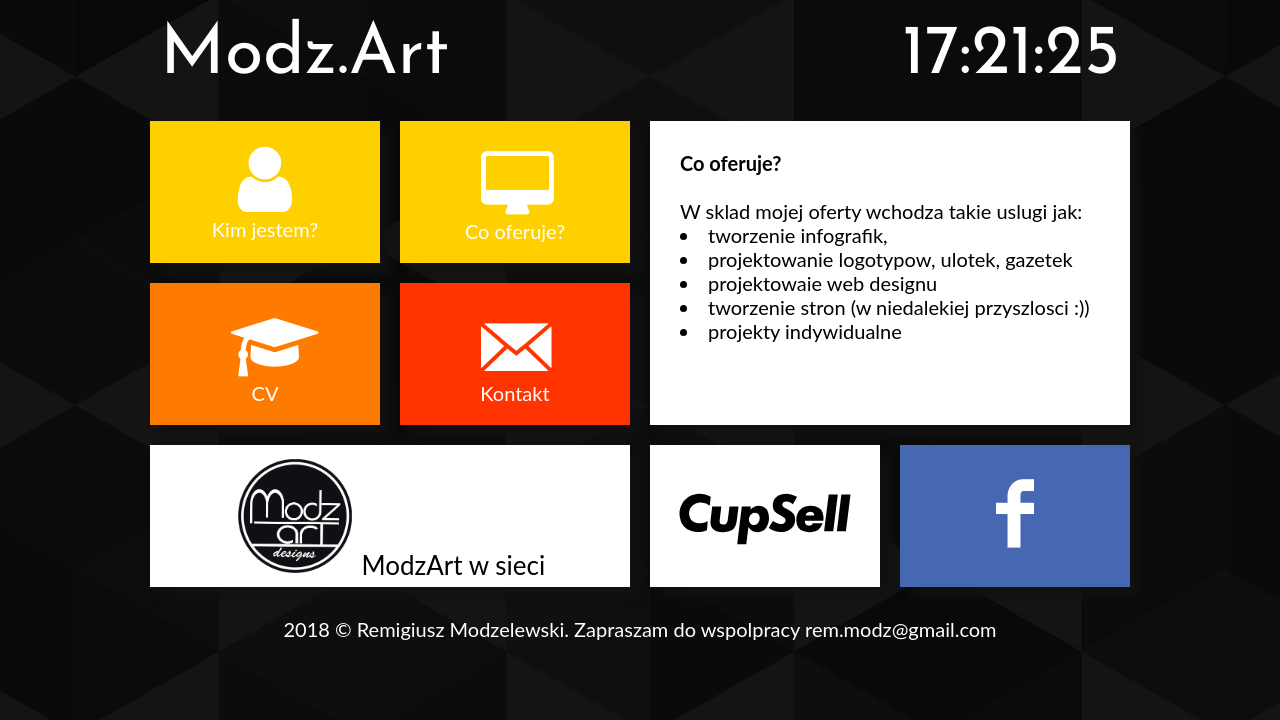
Repository: RemModz/Portfolio
Page: cooferuje.html
An editor plug-in stored every save of this project. The page is shown before and after the next save, followed by the edit.
The browser window is 1280 px wide. The pictures show the whole page.

Above is the page before, as saved 2018-11-14 15:14:27.

### cooferuje.html
<!DOCTYPE html>
<html lang="en">
<head>
    <meta charset="UTF-8">
    <meta name="viewport" content="width=device-width, initial-scale=1.0">
    <meta http-equiv="X-UA-Compatible" content="ie=edge">
    <title>ModzArt - Portfolio</title>
    <meta name='description' content="Portfolio z tworczoscia Remka Modzelewskiego"/>
    <meta name='keywords' content="webdesign, webgraphics, drawing and vector art"/>

    <link rel="stylesheet" href="style.css" type="text/css"/>
    <link rel="stylesheet" href="/fontello/css/fontello.css" type="text/css"/>
    <link href="https://fonts.googleapis.com/css?family=Josefin+Sans&amp;subset=latin-ext" rel="stylesheet">
    <script src="timer.js"></script>
</head>
<body onload="odliczanie();"></body>
    <div id="container">

        <div class="rectangle">
                <div id="logo">

                    <a href="index.html" class="tilelinkhtml5">Modz.Art</a></div>
            <div id="zegar"></div>
            <div style="clear:both;"></div>
        </div>

        <div class="square">
            <div class="tile1">
                <a href="kimjestem.html" class="tilelink"> <i class="icon-user"></i><br/>Kim jestem? </a>
            </div>
            <div class="tile1">
                <a href="cooferuje.html" class="tilelink"> <i class="icon-desktop"></i><br/>Co oferuje? </a>
                       </div>
            <div style="clear:both;"></div>

            <div class="tile2">
                    <a href="cv.html" class="tilelink"> <i class="icon-graduation-cap"></i><br />CV </a>
                </div>
            <div class="tile3">
                    <a href="kontakt.html" class="tilelink"> <i class="icon-email"></i><br />Kontakt </a>
            </div>
            <div style="clear:both;"></div>

            <div class="tile4"><img src="modzartlogo.svg" alt="ModzArt Logo"> ModzArt w sieci</div>
            <div style="clear:both;"></div>
        </div>

        <div class="square">
            <div class="tile5"> <b>Co oferuje?</b> <br /> <br /> W sklad mojej oferty wchodza takie uslugi jak: <br />
                <li> tworzenie infografik,
                 <li> projektowanie logotypow, ulotek, gazetek
                 <li> projektowaie web designu
                 <li> tworzenie stron (w niedalekiej przyszlosci :))
                <li> projekty indywidualne
                </div>

            <div class="cupsell">
                    <a href="http://www.modzart.cupsell.pl" target="_blank" class="sociallink"><img src="cupsell.svg" alt="CupSell"></a></div>

                    <div class="fb">
                    <a href="http://www.facebook.com/R.ModzArt" target="_blank" class="sociallink"> <i class="icon-facebook"></i></a></div>
            <div style="clear:both;"></div>



        </div>

        <div style="clear:both;"></div>

        <div class="rectangle"> 2018 &copy;  Remigiusz Modzelewski. Zapraszam do wspolpracy rem.modz@gmail.com </div>
    </div>
</body>
</html>

### style.css
body {
    background-color: #303030;
    color: #ffffff;
    font-family: 'Lato', sans-serif;
    font-size: 20px;
    background-image: url(background.jpg);
}

#container {
    width: 1000px;
    margin-left: auto;
    margin-right: auto;
}

.rectangle {
    width: 960PX;
    margin: 20pX;
    text-align: center;
}


.square {
    width: 50%;
    float: left;
    color: black;
    text-align: center
}

#logo {
    float: left;
    font-family: 'Josefin Sans', sans-serif;
    font-size: 70px;
    width: 600;
    text-align: left;
}



#zegar {
    float: right;
    font-family: 'Josefin Sans', sans-serif;
    font-size: 70px;
    text-align: center;
}
.tile1 {
    margin: 10px;
    width: 230px;
    height: 142px;
    background-color: #ffd000;
    float: left;
    text-align: center;
    box-shadow: #111111 10px 10px 10px;
}

.tile1:hover {
background-color: #eec200b6;
}

.tile2 {
    margin: 10px;
    width: 230px;
    height: 142px;
    background-color:  #ff7b00;
    float: left;
    text-align: center;
    box-shadow: #111111 10px 10px 10px;
}

.tile2:hover {
    background-color: #f17501a4;
    }

.tile3 {
    margin: 10px;
    width: 230px;
    height: 142px;
    background-color: #ff3401;
    float: left;
    text-align: center;
    box-shadow: #111111 10px 10px 10px;
}
.tile3:hover {
    background-color:  #e72e009c;
    }

.tile4 {
    margin: 10px;
    width: 460px;
    height: 122px;
    padding: 10px;
    background-color: #ffffff;
    text-align: center;
    font-size: 26px;
    font: black;
    text-align: center;
    float: left;
    box-shadow: #111111 10px 10px 10px;

}

.tile4:hover {
    background-color: #ffffff;
    }

.tile5 {
    margin: 10px;
    width: 420px;
    height: 244px;
    background-color: #ffffff;
    text-align: justify;
    padding: 30px;
    box-shadow: #111111 10px 10px 10px;
}


.fb {
    margin: 10px;
    width: 230px;
    height: 142px;
    background-color: #4668b3;
    float: left;
    box-shadow: #111111 10px 10px 10px;
    text-align: center;

}
.fb:hover {
    background-color: #3557a2a6;
    }

.cupsell {
    margin: 10px;
    width: 230px;
    height: 102px;
    padding-top: 40px;
    background-color: #ffffff;
    float: left;
    box-shadow: #111111 10px 10px 10px;
    text-align: center;

    }

.cupsell:hover {
    background-color: #eeeeee88;
        }

.tilelink {

    color: #ffffff;
    text-decoration: none;
    display: block;
    width: 230px;
    height: 142px;

}

.tilelinkhtml5 {

    color: #ffffff;
    text-decoration: none;
    display: block;

}

.sociallink {

    color: #ffffff;
    text-decoration: none;
    display: block;
    width: 230px;
    height: 142px;
    margin-top: 20;

}

### fontello/css/fontello.css
@font-face {
  font-family: 'fontello';
  src: url('../font/fontello.eot?17037671');
  src: url('../font/fontello.eot?17037671#iefix') format('embedded-opentype'),
       url('../font/fontello.woff2?17037671') format('woff2'),
       url('../font/fontello.woff?17037671') format('woff'),
       url('../font/fontello.ttf?17037671') format('truetype'),
       url('../font/fontello.svg?17037671#fontello') format('svg');
  font-weight: normal;
  font-style: normal;
}
/* Chrome hack: SVG is rendered more smooth in Windozze. 100% magic, uncomment if you need it. */
/* Note, that will break hinting! In other OS-es font will be not as sharp as it could be */
/*
@media screen and (-webkit-min-device-pixel-ratio:0) {
  @font-face {
    font-family: 'fontello';
    src: url('../font/fontello.svg?17037671#fontello') format('svg');
  }
}
*/

 [class^="icon-"]:before, [class*=" icon-"]:before {
  font-family: "fontello";
  font-style: normal;
  font-weight: normal;
  speak: none;

  display: inline-block;
  text-decoration: inherit;
  width: 1em;
  margin-right: .2em;
  text-align: center;
  /* opacity: .8; */

  /* For safety - reset parent styles, that can break glyph codes*/
  font-variant: normal;
  text-transform: none;

  /* fix buttons height, for twitter bootstrap */
  line-height: 1em;

  /* Animation center compensation - margins should be symmetric */
  /* remove if not needed */
  margin-left: .2em;

  /* you can be more comfortable with increased icons size */
  /* font-size: 120%; */

  /* Font smoothing. That was taken from TWBS */
  -webkit-font-smoothing: antialiased;
  -moz-osx-font-smoothing: grayscale;

  /* Uncomment for 3D effect */
  /* text-shadow: 1px 1px 1px rgba(127, 127, 127, 0.3); */
}

.icon-user:before { content: '\e800'; font-size: 76px; margin-top: 20px;} /* '' */
.icon-email:before { content: '\e801'; font-size: 68px; margin-top: 30px; } /* '' */
.icon-gmail:before { content: '\e802'; font-size: 68px; margin-top: 30px; } /* '' */
.icon-twitter:before { content: '\f099'; font-size: 76px; margin-top: 30px; } /* '' */
.icon-gplus:before { content: '\f0d5'; font-size: 68px; margin-top: 30px;} /* '' */
.icon-desktop:before { content: '\f108'; font-size: 68px; margin-top: 30px;} /* '' */
.icon-youtube:before { content: '\f167'; font-size: 76px; margin-top: 30px;} /* '' */
.icon-graduation-cap:before { content: '\f19d'; font-size: 68px; margin-top: 30px;} /* '' */
.icon-facebook:before { content: '\f30c'; font-size: 76px; margin-top: 30px;} /* '' */

### timer.js
function odliczanie()
	{
		var dzisiaj = new Date();


		var godzina = dzisiaj.getHours();
		if (godzina<10) godzina = "0"+godzina;

		var minuta = dzisiaj.getMinutes();
		if (minuta<10) minuta = "0"+minuta;

		var sekunda = dzisiaj.getSeconds();
		if (sekunda<10) sekunda = "0"+sekunda;

		document.getElementById("zegar").innerHTML = +godzina+":"+minuta+":"+sekunda;

		 setTimeout("odliczanie()",1000);
	}

### modzartlogo.svg
<?xml version="1.0" encoding="UTF-8" standalone="no"?>
<!-- Created with Inkscape (http://www.inkscape.org/) -->

<svg
   xmlns:dc="http://purl.org/dc/elements/1.1/"
   xmlns:cc="http://creativecommons.org/ns#"
   xmlns:rdf="http://www.w3.org/1999/02/22-rdf-syntax-ns#"
   xmlns:svg="http://www.w3.org/2000/svg"
   xmlns="http://www.w3.org/2000/svg"
   xmlns:xlink="http://www.w3.org/1999/xlink"
   xmlns:sodipodi="http://sodipodi.sourceforge.net/DTD/sodipodi-0.dtd"
   xmlns:inkscape="http://www.inkscape.org/namespaces/inkscape"
   width="120"
   height="120"
   viewBox="0 0 79.639582 79.639586"
   version="1.1"
   id="svg3759"
   inkscape:version="0.92.3 (2405546, 2018-03-11)"
   sodipodi:docname="modzartlogo.svg">
  <defs
     id="defs3753" />
  <sodipodi:namedview
     id="base"
     pagecolor="#ffffff"
     bordercolor="#666666"
     borderopacity="1.0"
     inkscape:pageopacity="0.0"
     inkscape:pageshadow="2"
     inkscape:zoom="0.35"
     inkscape:cx="400"
     inkscape:cy="560"
     inkscape:document-units="px"
     inkscape:current-layer="layer1"
     showgrid="false"
     units="px"
     inkscape:window-width="1853"
     inkscape:window-height="895"
     inkscape:window-x="67"
     inkscape:window-y="27"
     inkscape:window-maximized="1" />
  <metadata
     id="metadata3756">
    <rdf:RDF>
      <cc:Work
         rdf:about="">
        <dc:format>image/svg+xml</dc:format>
        <dc:type
           rdf:resource="http://purl.org/dc/dcmitype/StillImage" />
        <dc:title></dc:title>
      </cc:Work>
    </rdf:RDF>
  </metadata>
  <g
     inkscape:label="Layer 1"
     inkscape:groupmode="layer"
     id="layer1"
     transform="translate(0,-217.3604)">
    <image
       width="75.551514"
       height="75.551514"
       preserveAspectRatio="none"
       xlink:href="data:[embedded picture, 42194 characters]"
       id="image10"
       x="1.9873376"
       y="220.14146" />
  </g>
</svg>

After the next save:
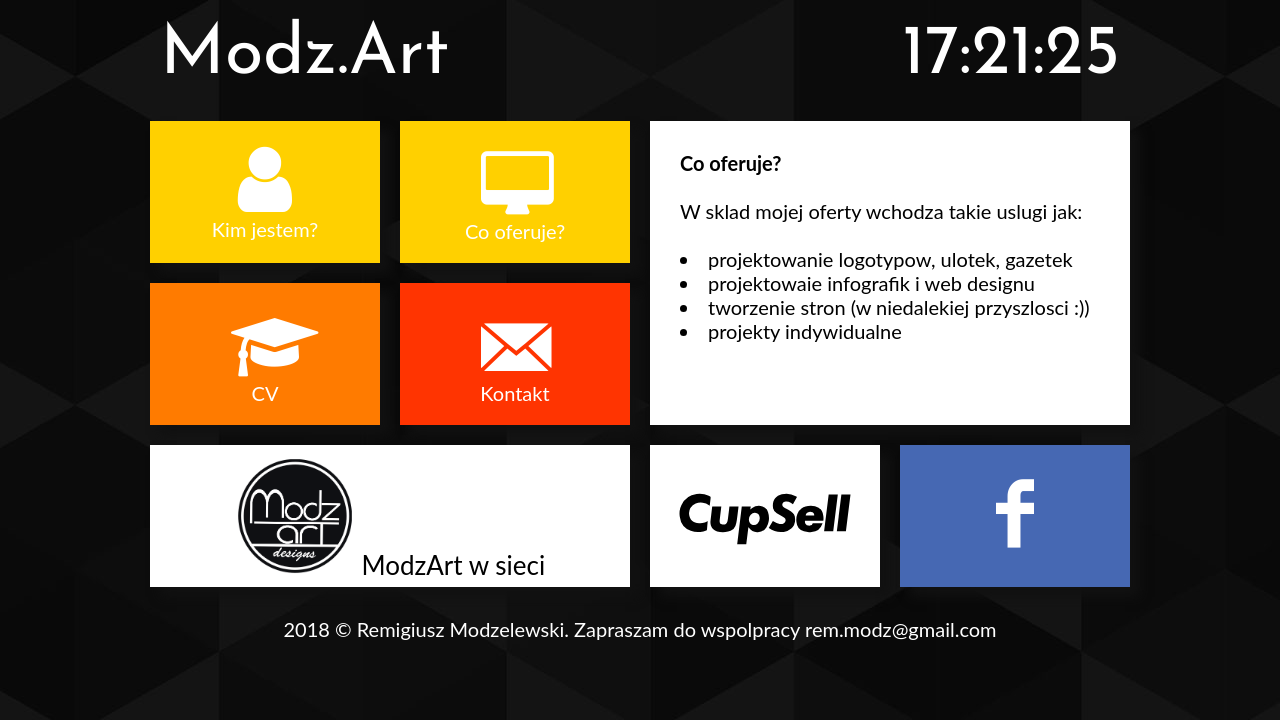
Saved 32 s later.
--- a/cooferuje.html
+++ b/cooferuje.html
@@ -46,10 +46,10 @@
         </div>
 
         <div class="square">
-            <div class="tile5"> <b>Co oferuje?</b> <br /> <br /> W sklad mojej oferty wchodza takie uslugi jak: <br />
-                <li> tworzenie infografik,
+            <div class="tile5"> <b>Co oferuje?</b> <br /> <br /> W sklad mojej oferty wchodza takie uslugi jak: <br /><br />
+
                  <li> projektowanie logotypow, ulotek, gazetek
-                 <li> projektowaie web designu
+                 <li> projektowaie infografik i web designu
                  <li> tworzenie stron (w niedalekiej przyszlosci :))
                 <li> projekty indywidualne
                 </div>
